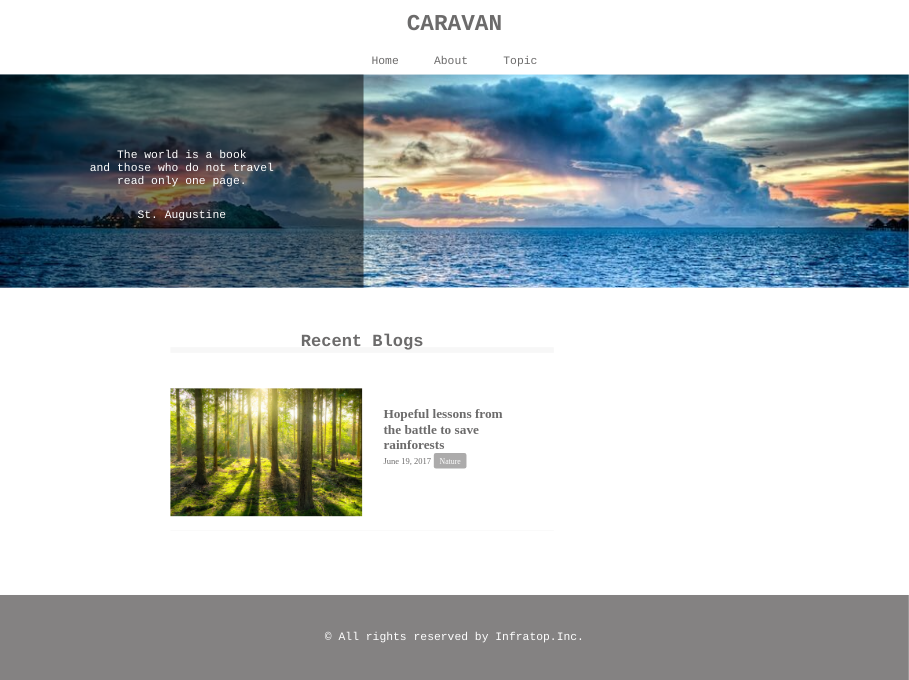
Repository: KoPiyt/Infratop-01
Page: caravan/index.html
The author's editor kept a record of every edit. The page is drawn from the files as they stood at one moment, then again after the next edit.
The browser window is 1280 px wide. The pictures show the whole page, at 71% of full size.

Above is the page before.

### caravan/index.html
<!DOCTYPE html>
<html lang="ja">
  <head>
    <meta charset="UTF-8" />
    <!-- CSSファイルの読み込み -->
    <link rel="stylesheet" href="style.css" />
    <title>CARAVAN</title>
  </head>

  <body>
    <!-- header -->
    <header>
      <h1 class="heading">
        <a href="index.html">
          CARAVAN
        </a>
      </h1>
    </header>

    <!-- navigation -->
    <nav>
      <ul class="nav-list">
        <li class="nav-list-item">
          <a href="index.html">Home</a>
        </li>
        <li class="nav-list-item">About</li>
        <li class="nav-list-item">Topic</li>
      </ul>
    </nav>

    <!-- main-visual用のdiv -->
    <div class="main-visual">
      <div class="main-visual-content">
        <!-- pタグ（と文字）を追加 -->
        <p class="main-visual-text">
          The world is a book<br>
          and those who do not travel<br>
          read only one page.
        </p>
        <p class="main-visual-name">
          St. Augustine
        </p>      </div>
    </div>

    <!-- main用のdiv -->
    <main>
      <section class="blog">
        <h2 class="blog-heading">Recent Blogs</h2>
        <div class="blog-box">
         <div class="blog-item">
          <img class="blog-image" src="img/forest.jpg">
          <section class="blog-text">
            <h3>
              <a href="single.html">
                Hopeful lessons from<br>
                the battle to save<br>
                rainforests
              </a>
            </h3>
            <p class="blog-date">June 19, 2017</p>
            <span class="category">Nature</span>
          </section>
        </div>
      </section>
      <div class="sidebar"></div>
    </main>

    <!-- footer -->
    <footer>
      <p class="footer-text">© All rights reserved by Infratop.Inc.</p>
    </footer>
  </body>
</html>

### caravan/style.css
/* ブラウザがそれぞれ持っているCSSをリセットするための記述 */
* {
  margin: 0;
  padding: 0;
  box-sizing: border-box;
  color: #6c6b6b;
}

a {
  text-decoration: none;
}

header, nav, h2, .main-visual, footer {
  font-family: Chalkduster, "Bradley Hand", Courier, "Segoe Print", sans-serif;
}


header {
  width: 90%; /* 横幅90% */
  padding: 15px 0;
  margin: 0 auto;
  text-align: center;
}

.social i {
  display: inline-block;
  margin-left: 20px;
}

header .heading { /* headerタグ内のheadingクラスにのみ反映される */
  font-size: 32px;
}

.nav-list {
  text-align: center;
  padding: 10px 0;
  margin: 0 auto;
}

.nav-list-item {
  list-style: none;
  display: inline-block;
  margin: 0 20px;
}

.main-visual {
  width: 100%; /* 横幅いっぱい */
  height: 300px; /* 高さ300px */
  background-image: url(img/mv.jpg);
  background-size: cover;
  background-position: center;
}

.main-visual-content {
  width: 40%; /* 横幅40% */
  height: 300px; /* 親の高さに揃える */
  background-color: rgba( 0, 0, 0, 0.5); /* 背景色を半透明の黒にする */
  text-align: center; /* 文字を中央揃えにする */
  padding-top: 105px; /* 上側の内側余白で垂直方向の位置を調整 */
}

.main-visual-text {
  color: #fff; /* 文字色を白に変更 */
}

.main-visual-name {
  margin-top: 30px; /* 上側の外側の余白 */
  color: #fff; /* 文字色を白に変更 */
}

main {
  width: 800px; /* 横幅800px */
  display: flex; /* Flexboxの利用 */
  justify-content: center; /* 要素の横並び・中央寄せ */
  margin: 0 auto; /* 要素の中央揃え */
  padding: 70px 0; /* 上下に70px、左右に0pxの内側余白 */
}

.blog {
  width: 540px;
  margin-right: 30px; /* 領域の右側余白 */
}

.blog-heading {
  border-bottom: 8px solid #f7f7f7;
  text-align: center;
  line-height: 0.6;
}

.blog-box {
  padding-top: 50px;
}

.blog-item {
  padding-bottom: 20px;
  margin-bottom: 20px;
  border-bottom: 1px solid #f7f7f7;
  display: flex;
  justify-content: flex-start;
}

.blog-image {
  height: 180px;
}

.blog-text {
  padding: 25px 0 0 30px;
}

.blog-text-heading {
  padding-bottom: 15px;
}

.blog-date {
  font-size: 12px;
  display: inline-block;
}

.category {
  display: inline-block;
  padding: 5px 8px;
  background-color: #acabab;
  border-radius: 3px;
  color: #fff;
  font-size: 11px;
}

.pagination {
  text-align: center;
  padding-top: 50px;
}

.pagination p {
  display: inline-block;
  width: 30px;
  height: 30px;
  margin: 0 5px;
  color: #fff;
  background-color: #acabab;
  border-radius: 3px;
  line-height: 30px;
}

.sidebar {
  width: 230px;
}

.common-heading {
  border-bottom: 8px solid #f7f7f7;
  text-align: center;
  line-height: 0.6;
}

.sidebar-contents {
  padding: 50px 0;
}

.popular-text,
.categories-text {
  padding-bottom: 5px;
  border-bottom: 1px solid #f7f7f7;
  margin-bottom: 5px;
}

.popular-text:last-child,
.categories-text:last-child {
  margin: 0;
  padding: 0;
  border: none;
}

.instagram .sidebar-contents {
  display: flex;
  flex-wrap: wrap;
}

.instagram-box {
  width: 110px;
  padding-top: 110px;
  background-size: cover;
  background-position: center;
  margin-bottom: 10px;
}

.instagram-box:nth-child(odd) {
  margin: 0 10px 10px 0;
}

.instagram-box:nth-child(1) {
  background-image: url(img/airport.jpg);
}

.instagram-box:nth-child(2) {
  background-image: url(img/japan.jpg);
}

.instagram-box:nth-child(3) {
  background-image: url(img/snow.jpg);
}

.instagram-box:nth-child(4) {
  background-image: url(img/japan2.jpg);
}

.instagram-box:nth-child(5) {
  background-image: url(img/lake.jpg);
}

.instagram-box:nth-child(6) {
  background-image: url(img/road.jpg);
}

footer {
  width: 100%; /* 横幅いっぱい */
  height: 120px; /* 高さ120px */

  text-align: center;
  line-height: 120px;
  background-color: #848282;
}

.footer-text {
  color: #fff;
}


@media screen and (max-width: 425px) {

  .social i {
    color: blue;
  }
  main{
    width:100%;
  }

   .nav-list {
    width: 100%;
  }
 .blog{
    width:100%;
  }
  header{
    width:100%;
  }
  .blog-box{
    width:100%;
  }
}

After the next edit:
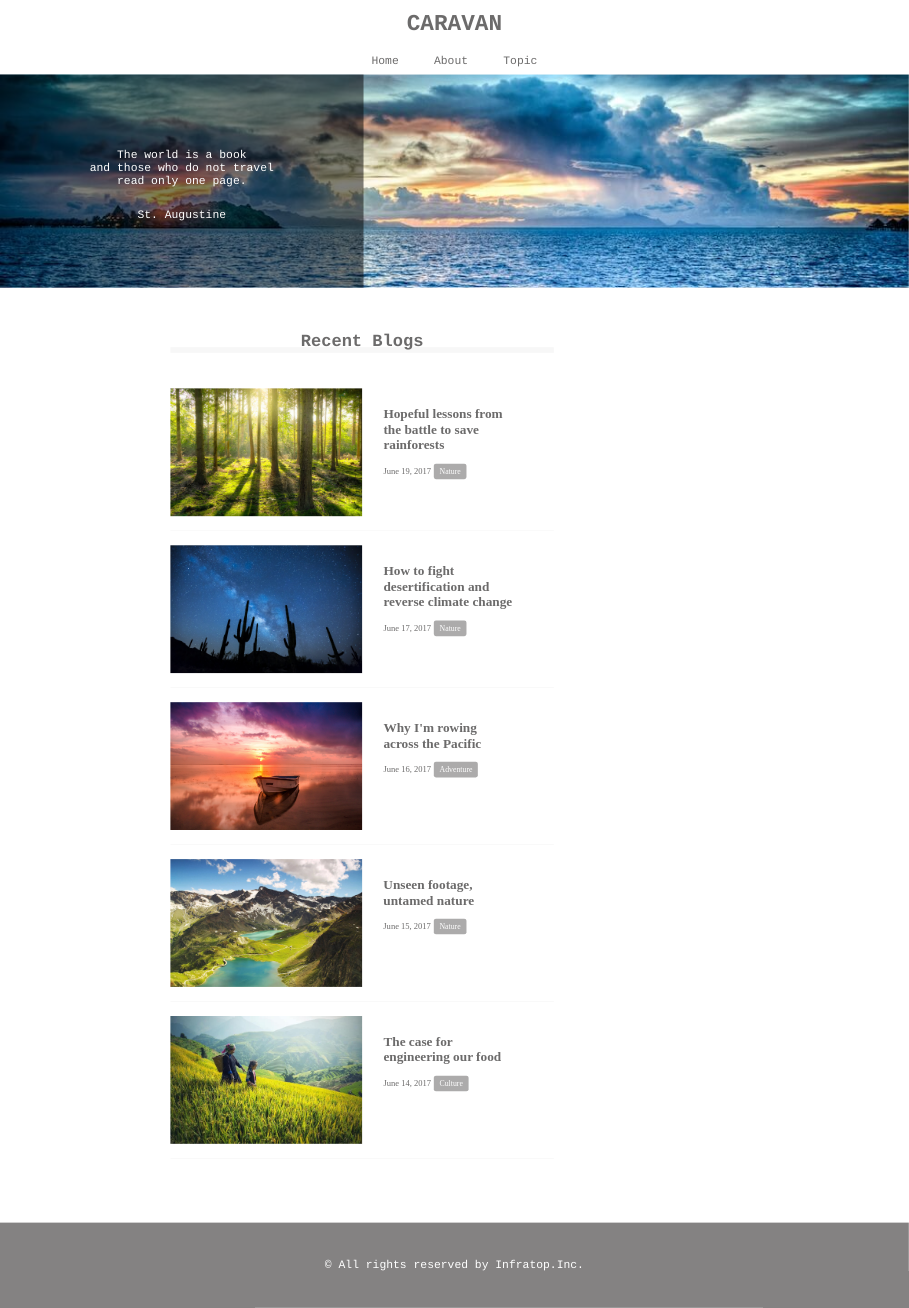
The edit:
--- a/caravan/index.html
+++ b/caravan/index.html
@@ -46,21 +46,77 @@
     <main>
       <section class="blog">
         <h2 class="blog-heading">Recent Blogs</h2>
-        <div class="blog-box">
-         <div class="blog-item">
-          <img class="blog-image" src="img/forest.jpg">
-          <section class="blog-text">
-            <h3>
-              <a href="single.html">
-                Hopeful lessons from<br>
-                the battle to save<br>
-                rainforests
-              </a>
-            </h3>
-            <p class="blog-date">June 19, 2017</p>
-            <span class="category">Nature</span>
-          </section>
+    <div class="blog-box">
+          <div class="blog-item">
+            <img class="blog-image" src="img/forest.jpg" />
+            <section class="blog-text">
+              <h3 class="blog-text-heading">
+                <a href="single.html">
+                  Hopeful lessons from<br>
+                  the battle to save<br>
+                  rainforests
+                </a>
+              </h3>
+              <p class="blog-date">June 19, 2017</p>
+              <span class="category">Nature</span>
+            </section>
+          </div>
+
+          <div class="blog-item">
+            <img class="blog-image" src="img/desert.jpg" />
+            <section class="blog-text">
+              <h3 class="blog-text-heading">
+                <a href="single.html">
+                  How to fight<br>
+                  desertification and<br>
+                  reverse climate change
+                </a>
+              </h3>
+              <p class="blog-date">June 17, 2017</p>
+              <span class="category">Nature</span>
+            </section>
+          </div>
+          <div class="blog-item">
+            <img class="blog-image" src="img/sunset.jpg" />
+            <section class="blog-text">
+              <h3 class="blog-text-heading">
+                <a href="single.html">
+                  Why I'm rowing<br>
+                  across the Pacific
+                </a>
+              </h3>
+              <p class="blog-date">June 16, 2017</p>
+              <span class="category">Adventure</span>
+            </section>
+          </div>
+          <div class="blog-item">
+            <img class="blog-image" src="img/italy.jpg" />
+            <section class="blog-text">
+              <h3 class="blog-text-heading">
+                <a href="single.html">
+                  Unseen footage,<br>
+                  untamed nature
+                </a>
+              </h3>
+              <p class="blog-date">June 15, 2017</p>
+              <span class="category">Nature</span>
+            </section>
+          </div>
+          <div class="blog-item">
+            <img class="blog-image" src="img/asia.jpg" />
+            <section class="blog-text">
+              <h3 class="blog-text-heading">
+                <a href="single.html">
+                  The case for<br>
+                  engineering our food
+                </a>
+              </h3>
+              <p class="blog-date">June 14, 2017</p>
+              <span class="category">Culture</span>
+            </section>
+          </div>
         </div>
+
       </section>
       <div class="sidebar"></div>
     </main>
